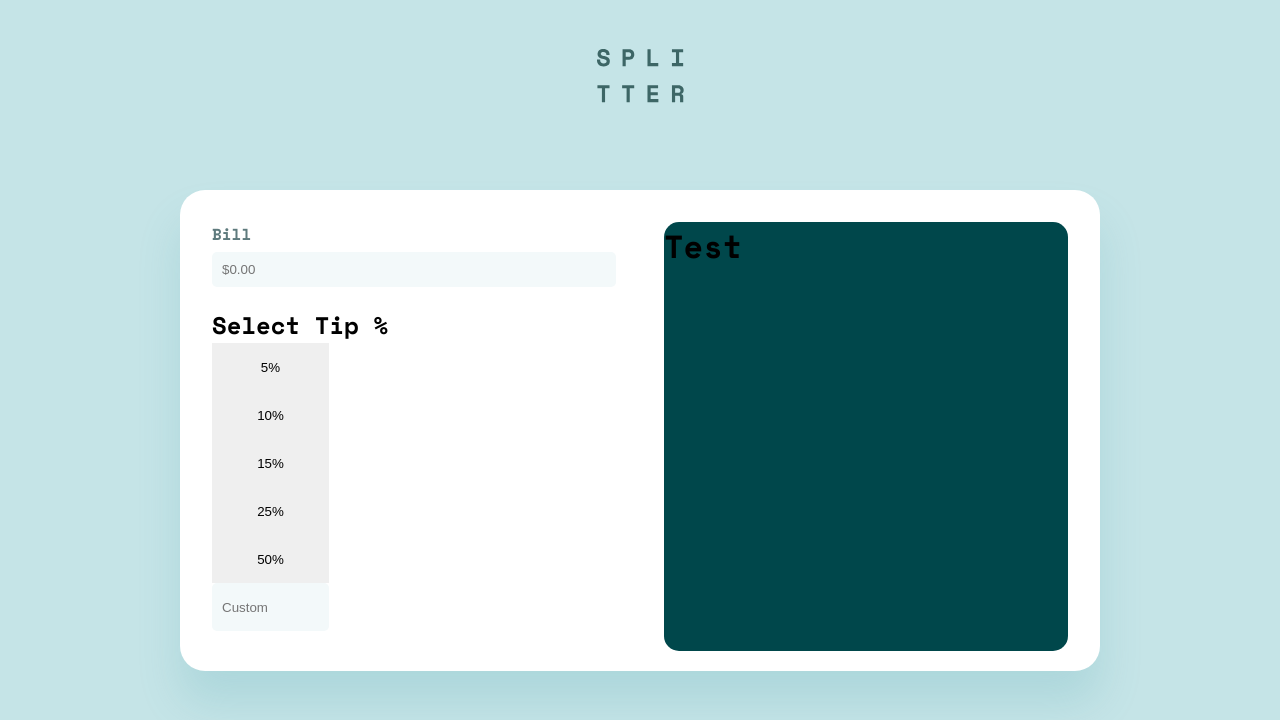
Repository: brandontaylor1/splitter
Page: index.html
The author's editor kept a copy of each file at every save. The page is drawn from the files as they stood at one save, then again after a run of saves.
The browser window is 1280 px wide. The pictures show the whole page.

Above is the page before, as saved 2025-02-06 16:40:38.

### index.html
<!DOCTYPE html>
<html lang="en">
<head>
    <meta charset="UTF-8">
    <meta name="viewport" content="width=device-width, initial-scale=1.0">
    <link rel="preconnect" href="https://fonts.googleapis.com">
    <link rel="preconnect" href="https://fonts.gstatic.com" crossorigin>
    <link href="https://fonts.googleapis.com/css2?family=Space+Mono:ital,wght@0,400;0,700;1,400;1,700&display=swap" rel="stylesheet">
    <link rel="stylesheet" href="styles.css">
    <title>Splitter | Tip Calculator</title>
</head>
<body>
    <img src="./assets/images/logo.svg" id="logo-image" alt="logo image">
    <main class="container">
        <div class="left-column">
            <div class="bill-input">
                <h2>Bill</h2>
                <input type="text" id="bill-input" placeholder="$0.00">
            </div>
            <div class="tip-input">
                <h2>Select Tip %</h2>
                    <div class="tip-buttons">
                        <button class="tip-button">5%</button>
                        <button class="tip-button">10%</button>
                        <button class="tip-button">15%</button>
                        <button class="tip-button">25%</button>
                        <button class="tip-button">50%</button>
                        <input type="text" id="custom-tip" placeholder="Custom">
                    </div>
                </div>
            </div>
        <div class="right-column">
            <h1>Test</h1>
        </div>
    </main>
</body>
</html>

### styles.css
* {
    box-sizing: border-box;
    margin: 0;
    padding: 0;
}

:root {
    --background-color: #C5E4E7;
    --input-text-color: #00474B;
    --primary-white: #fff;
    --calculated-numbers-color: #26C2AE;
    --input-title-color: #5E7A7D;
    --input-background-color: #F3F9FA;
    --input-icon-color: #9EBBBD;
    --title-text-color: #3D6666;
    --custom-input-color: #547878;
}

/* UTILITY CLASSES */
.space-mono-regular {
    font-family: "Space Mono", serif;
    font-weight: 400;
    font-style: normal;
  }

  .space-mono-bold {
    font-family: "Space Mono", serif;
    font-weight: 700;
    font-style: normal;
  }

  .space-mono-regular-italic {
    font-family: "Space Mono", serif;
    font-weight: 400;
    font-style: italic;
  }

  .space-mono-bold-italic {
    font-family: "Space Mono", serif;
    font-weight: 700;
    font-style: italic;
  }


body {
    background-color: #C5E4E7;
    height: 100vh;
    width: 100%;
    display: flex;
    flex-direction: column;
    justify-content: center;
    align-items: center;
    font-family: "Space Mono", monospace;
}

#logo-image {
    margin-bottom: 87px;
}

.container {
    background-color: var(--primary-white);
    width: 920px;
    height: 481px;
    border-radius: 25px;
    box-shadow: 0px 32px 43px 0px rgba(79, 166, 175, 0.20);
    display: grid;
    gap: 48px;
    grid-template-columns: 1fr 1fr;
    padding: 32px;
}

.left-column {
    grid-column: 1 / 2;
    width: 100%;
    height: 100%;
}

.right-column {
    grid-column: 2 / 3;
    width: 100%;
    height: 100%;
    border-radius: 15px;
    background-color: var(--input-text-color);
}

input {
    width: 100%;
    padding: 10px;
    display: flex;
    flex-direction: row;
    justify-content: space-between;
    background-color: var(--input-background-color);
    border: none;
    border-radius: 5px;
    margin-bottom: 20px;
}


.bill-input h2 {
    font-size: 16px;
    color: var(--input-title-color);
    margin-bottom: 6px;
}

.tip-buttons {
    display: grid;

}

.tip-button {
    width: 117px;
    height: 48px;
    flex-shrink: 0;
    border: none;

}

#custom-tip {
    width: 117px;
    height: 48px;

}

After the next 2 saves:
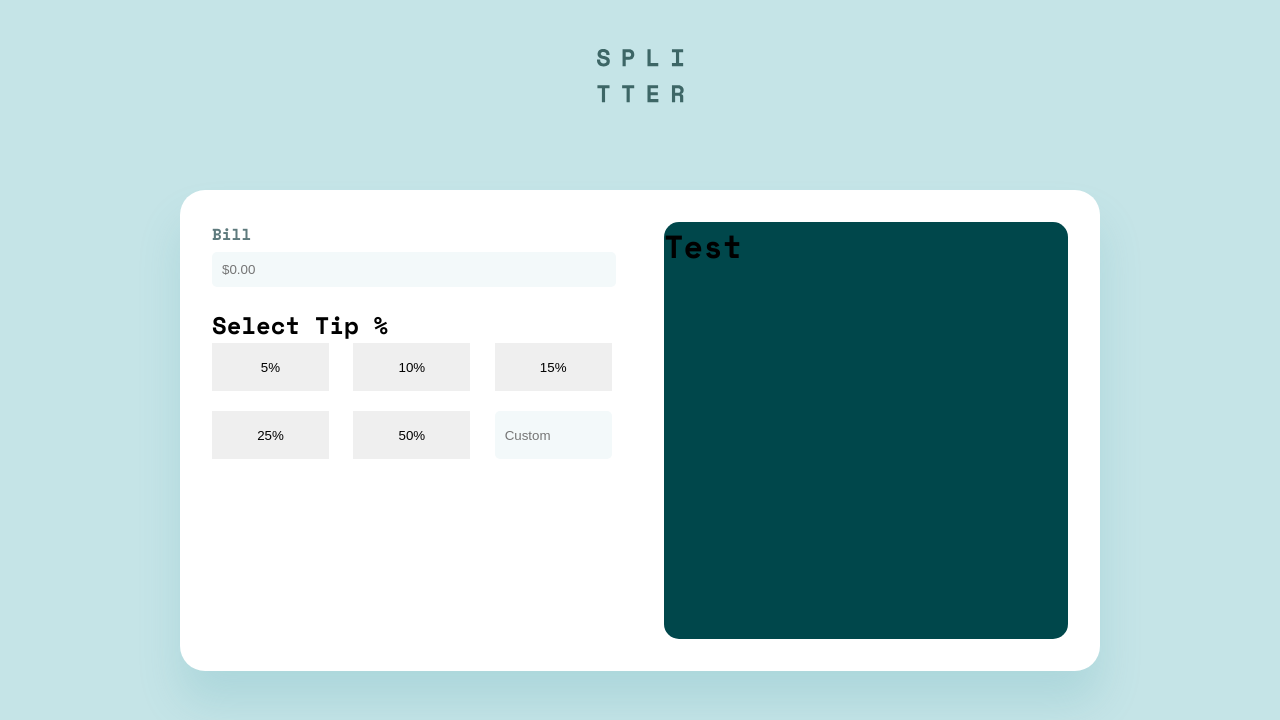
The 2 saves are shown as one change because they came seconds apart.
The last was saved 9 s later.
--- a/styles.css
+++ b/styles.css
@@ -104,6 +104,8 @@ input {
 
 .tip-buttons {
     display: grid;
+    grid-template-columns: repeat(3, 1fr);
+    gap: 20px;
 
 }
 
